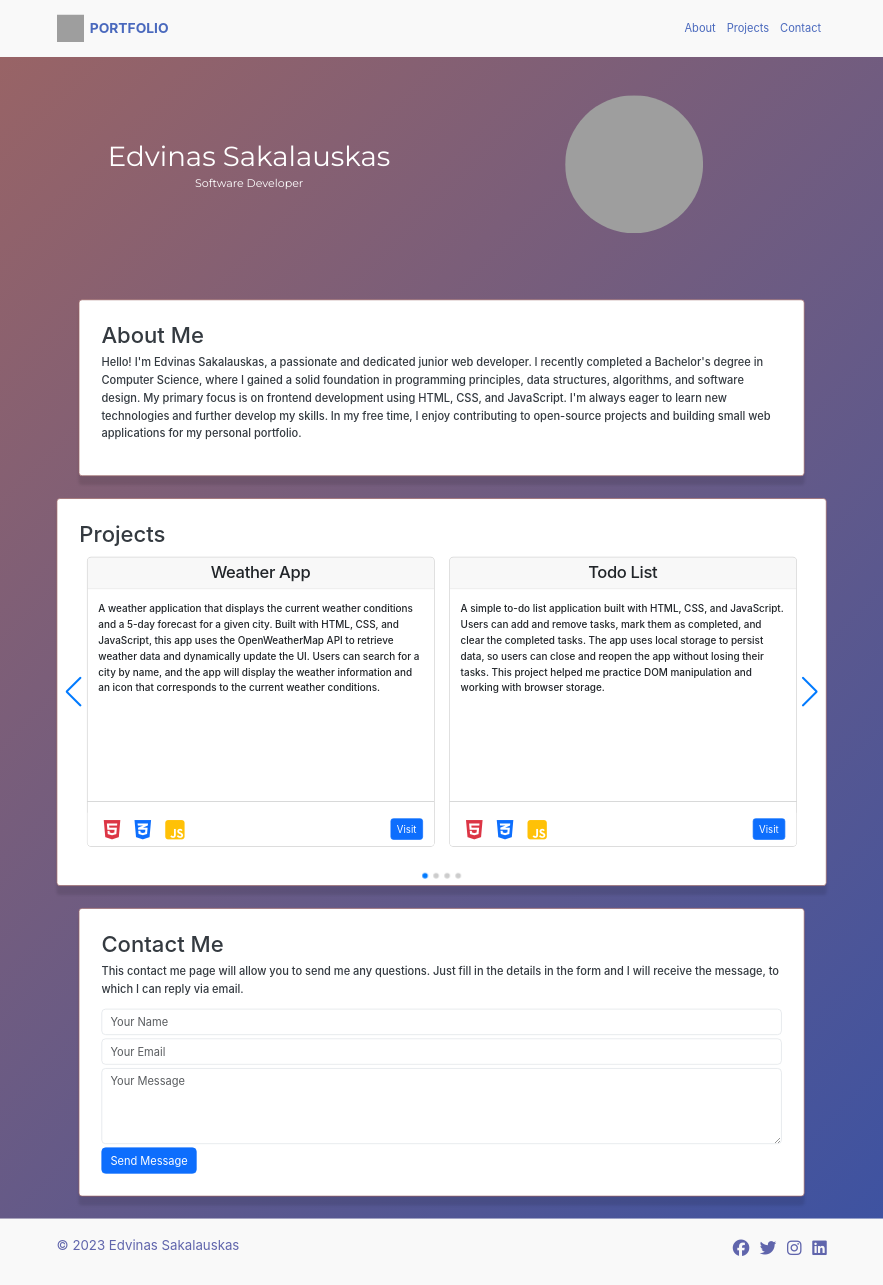
Repository: SakalauskasEdvinas/MyPorfolioWebsite
Page: index.html
These files come from the project's save history. The page is drawn as it stood at one moment and after the next save; the edit follows.
The browser window is 1280 px wide. The pictures show the whole page, at 69% of full size.
Pictures or frames that could not be fetched are drawn as grey boxes. Some web libraries are served in a nearby version.

Above is the page before, as saved 2023-04-17 10:55:17.

### index.html
<!-- Live at  - https://sakalauskasedvinas.github.io/MyPorfolioWebsite/ - work in progress, so something might be not up to date depending on time of visit -->

<!DOCTYPE html>
<html lang="en">
<head>
    <meta charset="UTF-8">
    <meta name="viewport" content="width=device-width, initial-scale=1.0">
    <title>Portfolio Website</title>
    <link href="https://cdn.jsdelivr.net/npm/bootstrap@5.3.0-alpha1/dist/css/bootstrap.min.css" rel="stylesheet">
    <link href="https://fonts.googleapis.com/css2?family=Montserrat:wght@400;700&display=swap" rel="stylesheet">
    <script src="https://cdn.jsdelivr.net/npm/typed.js@2.0.9"></script>
    <script src="https://kit.fontawesome.com/80b08c0510.js" crossorigin="anonymous"></script>
    <link rel="stylesheet" href="https://cdn.jsdelivr.net/npm/swiper@9/swiper-bundle.min.css"/>
    <link rel="stylesheet" href="css/style.css"/>

</head>

<body>
    <nav class="navbar navbar-expand-lg fixed-top py-3" style="background-color: rgba(249, 249, 249);">
        <div class="container">
            <a class="navbar-brand d-flex align-items-center" href="#">
                <img src="https://www.picsum.photos/40/40.jpg" alt="Logo" style="width: 40px; height: 40px; margin-right: 0.5rem;">
                <span style="color: #4a69bd; font-weight: bold;" id="text"></span>
            </a>

            <button class="navbar-toggler" type="button" data-bs-toggle="collapse" data-bs-target="#navbarNav" aria-controls="navbarNav" aria-expanded="false" aria-label="Toggle navigation">
                <span class="navbar-toggler-icon"></span>
            </button>
            <div class="collapse navbar-collapse" id="navbarNav">
                <ul class="navbar-nav ms-auto">
                    <li class="nav-item">
                        <a class="nav-link" href="#about" style="color: #4a69bd;">About</a>
                    </li>
                    <li class="nav-item">
                        <a class="nav-link" href="#projects" style="color: #4a69bd;">Projects</a>
                    </li>
                    <li class="nav-item">
                        <a class="nav-link" href="#contact" style="color: #4a69bd;">Contact</a>
                    </li>
                </ul>
            </div>
        </div>
    </nav>

    <div class="container ">

        <header>
            <div class="container" >
                <div class="row align-items-center">
                    <div class="col-md-6">
                        <h1>Edvinas Sakalauskas</h1>
                        <p>Software Developer</p>
                    </div>
                    <div class="col-md-6">
                        <img src="https://www.picsum.photos/id/1012/200/200.jpg" alt="Your Photo" style="width: 200px; height: 200px; border-radius: 50%; margin-bottom: 1rem;">
                    </div>

                </div>
            </div>
        </header>

        <section id="about" class="fade-in " >
            <h2>About Me</h2>
            <p>Hello! I'm Edvinas Sakalauskas, a passionate and dedicated junior web developer. I recently completed a Bachelor's degree in Computer Science, where I gained a solid foundation in programming principles, data structures, algorithms, and software design. My primary focus is on frontend development using HTML, CSS, and JavaScript. I'm always eager to learn new technologies and further develop my skills. In my free time, I enjoy contributing to open-source projects and building small web applications for my personal portfolio.</p>
        </section>


       <section class="fade-in ">
        <h2>Projects</h2>
        <div class="swiper">


          <div class="swiper-container">
            <div class="swiper-wrapper">
              <div class="swiper-slide">
                <div class="card mb-4">
                    <div class="card-header">
                        <h3 class="card-title mb-0 text-center">Weather App</h3>
                    </div>
                    <div class="card-body">
                        <p class="card-text">A weather application that displays the current weather conditions and a 5-day forecast for a given city. Built with HTML, CSS, and JavaScript, this app uses the OpenWeatherMap API to retrieve weather data and dynamically update the UI. Users can search for a city by name, and the app will display the weather information and an icon that corresponds to the current weather conditions.</p>
                    </div>
                    <hr>
                    <div class="card-footer bg-white border-top-0 d-flex justify-content-between">
                        <div>
                            <i class="fab fa-html5 fa-2x text-danger mx-2"></i>
                            <i class="fab fa-css3-alt fa-2x text-primary mx-2"></i>
                            <i class="fab fa-js-square fa-2x text-warning mx-2"></i>
                        </div>
                        <div>
                            <a href="#" class="btn btn-primary btn-sm">Visit</a>
                        </div>
                    </div>
                </div>
            </div>
                  <div class="swiper-slide">
                    <div class="card mb-4">
                        <div class="card-header">
                            <h3 class="card-title mb-0 text-center">Todo List</h3>
                        </div>
                        <div class="card-body">
                            <p class="card-text">A simple to-do list application built with HTML, CSS, and JavaScript. Users can add and remove tasks, mark them as completed, and clear the completed tasks. The app uses local storage to persist data, so users can close and reopen the app without losing their tasks. This project helped me practice DOM manipulation and working with browser storage.</p>
                        </div>
                        <hr>
                        <div class="card-footer bg-white border-top-0 d-flex justify-content-between">
                            <div>
                                <i class="fab fa-html5 fa-2x text-danger mx-2"></i>
                                <i class="fab fa-css3-alt fa-2x text-primary mx-2"></i>
                                <i class="fab fa-js-square fa-2x text-warning mx-2"></i>
                            </div>
                            <div>
                                <a href="#" class="btn btn-primary btn-sm">Visit</a>
                            </div>
                        </div>
                    </div>
                </div>
                  <div class="swiper-slide">
                    <div class="card mb-4 ">
                      <div class="card-header">
                        <h3 class="card-title mb-0 text-center">Weather App</h3>
                      </div>
                      <div class="card-body">
                        <p class="card-text">A simple weather app built with HTML, CSS, and JavaScript that displays the current weather in a user's location or a location of their choosing. The app uses an API to fetch weather data and displays it with temperature, weather conditions, and a relevant icon. Users can also toggle between Celsius and Fahrenheit temperature units.</p>
                      </div>
                      <hr>
                      <div class="card-footer bg-white border-top-0 d-flex justify-content-between">
                        <div>
                          <i class="fab fa-html5 fa-2x text-danger mx-2"></i>
                          <i class="fab fa-css3-alt fa-2x text-primary mx-2"></i>
                          <i class="fab fa-js-square fa-2x text-warning mx-2"></i>
                        </div>
                        <div>
                          <a href="#" class="btn btn-primary btn-sm">Visit</a>
                        </div>
                      </div>
                    </div>
                  </div>


                <div class="swiper-slide">
                  <div class="card mb-4 ">
                    <div class="card-header">
                      <h3 class="card-title mb-0 text-center">Movie Database</h3>
                    </div>
                    <div class="card-body">
                      <p class="card-text">A web application developed using HTML, CSS, and JavaScript that allows users to search and filter movie data. The app uses an API to fetch movie data and displays it in a user-friendly way with images, ratings, and descriptions. The application is fully responsive and accessible, making it easy for users to find the movie they want on any device.</p>
                    </div>
                    <hr>
                    <div class="card-footer bg-white border-top-0 d-flex justify-content-between">
                      <div>
                        <i class="fab fa-html5 fa-2x text-danger mx-2"></i>
                        <i class="fab fa-css3-alt fa-2x text-primary mx-2"></i>
                        <i class="fab fa-js-square fa-2x text-warning mx-2"></i>
                      </div>
                      <div>
                        <a href="#" class="btn btn-primary btn-sm">Visit</a>
                      </div>
                    </div>
                  </div>
                </div>

            </div>

        </div>

        </div>
                    <div class="swiper-pagination"></div>
                <div class="swiper-button-next"></div>
        <div class="swiper-button-prev"></div>

      </section>






        <section id="contact" class="fade-in" >
            <h2>Contact Me</h2>
            <p>This contact me page will allow you to send me any questions.
               Just fill in the details in the form and I will receive the message, to which I can reply via email.</p>
            <form>
                <input type="text" name="name" class="form-control" placeholder="Your Name" required>
                <input type="email" name="email" class="form-control" placeholder="Your Email" required>
                <textarea name="message" class="form-control" rows="4" placeholder="Your Message" required></textarea>
                <button type="submit" class="btn btn-primary">Send Message</button>
            </form>
        </section>


      </div>
      <footer>
        <div class="container">
          <div class="row">
            <div class="col-md-6">
              <p>&copy; 2023 Edvinas Sakalauskas</p>
            </div>
            <div class="col-md-6">
              <ul class="social-media">
                <li><a href="#"><i class="fab fa-facebook"></i></a></li>
                <li><a href="#"><i class="fab fa-twitter"></i></a></li>
                <li><a href="#"><i class="fab fa-instagram"></i></a></li>
                <li><a href="#"><i class="fab fa-linkedin"></i></a></li>
              </ul>
            </div>
          </div>
        </div>
      </footer>



        <script src="https://code.jquery.com/jquery-3.6.0.min.js"></script>
        <script src="https://cdn.jsdelivr.net/npm/@popperjs/core@2.11.6/dist/umd/popper.min.js"></script>
        <script src="https://cdn.jsdelivr.net/npm/bootstrap@5.3.0-alpha1/dist/js/bootstrap.min.js"></script>
        <script src="https://cdn.jsdelivr.net/npm/swiper@9/swiper-bundle.min.js"></script>
        <script src="js/script.js"></script>


    </body>
    </html>

### css/style.css
*, *::before, *::after {
  box-sizing: border-box;
  margin: 0;
  padding: 0;
}

html {
  scroll-behavior: smooth;
}

body {
  background-image: linear-gradient(135deg, #9b6464 0%, #3b52a3 100%);
  font-family: "Inter",sans-serif;
  color: #343a40;
  line-height: 1;
}

h3 {
  font-size: 24px;
  letter-spacing: -0.5px;
  margin: 0;
}
header {
  font-family: 'Montserrat', sans-serif;
  color: white;
  padding: 3rem 0;
  text-align: center;
  margin-top: 90px;
  /* background-image: linear-gradient(135deg, #9b6464 0%, #3b52a3 100%); */
}

section {
  background-color: white;
  margin: 2rem 2rem;
  padding: 2rem;
  box-shadow: 0 13px 4px rgba(0, 0, 0, 0.1);
  border-radius: 5px;
  position: relative;
  border: 1px solid #9b6464;
}

section:nth-child(3) {
  width: 100%;
  margin: 0;
}

form input {
  margin-bottom: 5px;
}

form button {
  margin-top:5px;
}




section p {
  font-size: 1rem;
  font-weight: 500;

  line-height: 1.6;

}

.card-text {
  font-size: 0.9rem;
}





.card {
  width: 96%;
  height: 420px;
  margin: 5px auto;
}

.left {
  position: absolute;
  top: 50%;
  right: 95.5%;
  font-size: 30px;
}

.right {
  position: absolute;
  top: 50%;
  left: 95.5%;
  font-size: 30px;
}

.fade-in {
  opacity: 0;
  transform: translateX(-20px);
  transition: opacity 1.5s, transform 0.5s;
}

.fade-in.active {
  opacity: 1;
  transform: translateX(0);
}




footer {
   background-color: rgba(249, 249, 249);
  color: #6065ac;
  padding: 30px 0;
  font-size: 1.2rem;
}

.social-media {
  list-style: none;
  padding: 0;
  margin: 0;
  text-align: right;
}

.social-media li {
  display: inline-block;
  margin-left: 10px;
}

.social-media li:first-child {
  margin-left: 0;
}

.social-media a {
  color: #6065ac;
}

.social-media a:hover {
  color: #d3d3d3;
}

.social-media i {
  font-size: 24px;
}

### js/script.js

window.addEventListener("scroll",fade );
window.addEventListener("load",fade );


function fade() {
  const fadeIns = document.querySelectorAll('.fade-in');

  const options = {
    rootMargin: '0px',
    threshold: 0.5
  };

  const observer = new IntersectionObserver(entries => {
    entries.forEach(entry => {
      if (entry.isIntersecting) {
        entry.target.classList.add('active');
      } else {
        entry.target.classList.remove('active');
      }
    });
  }, options);

  fadeIns.forEach(fadeIn => {
    observer.observe(fadeIn);
  });
}


let typed = new Typed('#text', {
strings: ['PORTFOLIO'],
typeSpeed: 20,
showCursor:false
});



const swiper = new Swiper(".swiper-container", {
  // Optional parameters
  slidesPerView: 2,
  spaceBetween: 0,
  direction: "horizontal",
  loop: true,
  speed:600,
  breakpoints: {
    // when window width is >= 320px
    320: {
     slidesPerView: 1,
     spaceBetween: 0
    },
    480: {
      slidesPerView: 1,
      spaceBetween: 0
     },
    900: {
      slidesPerView: 2,
      spaceBetween: 0
     }

  },
  // If you need pagination
  pagination: {
      el: ".swiper-pagination",
      clickable: true
  },

  // Navigation arrows
  navigation: {
      nextEl: ".swiper-button-next",
      prevEl: ".swiper-button-prev",
  },
});

After the next save:
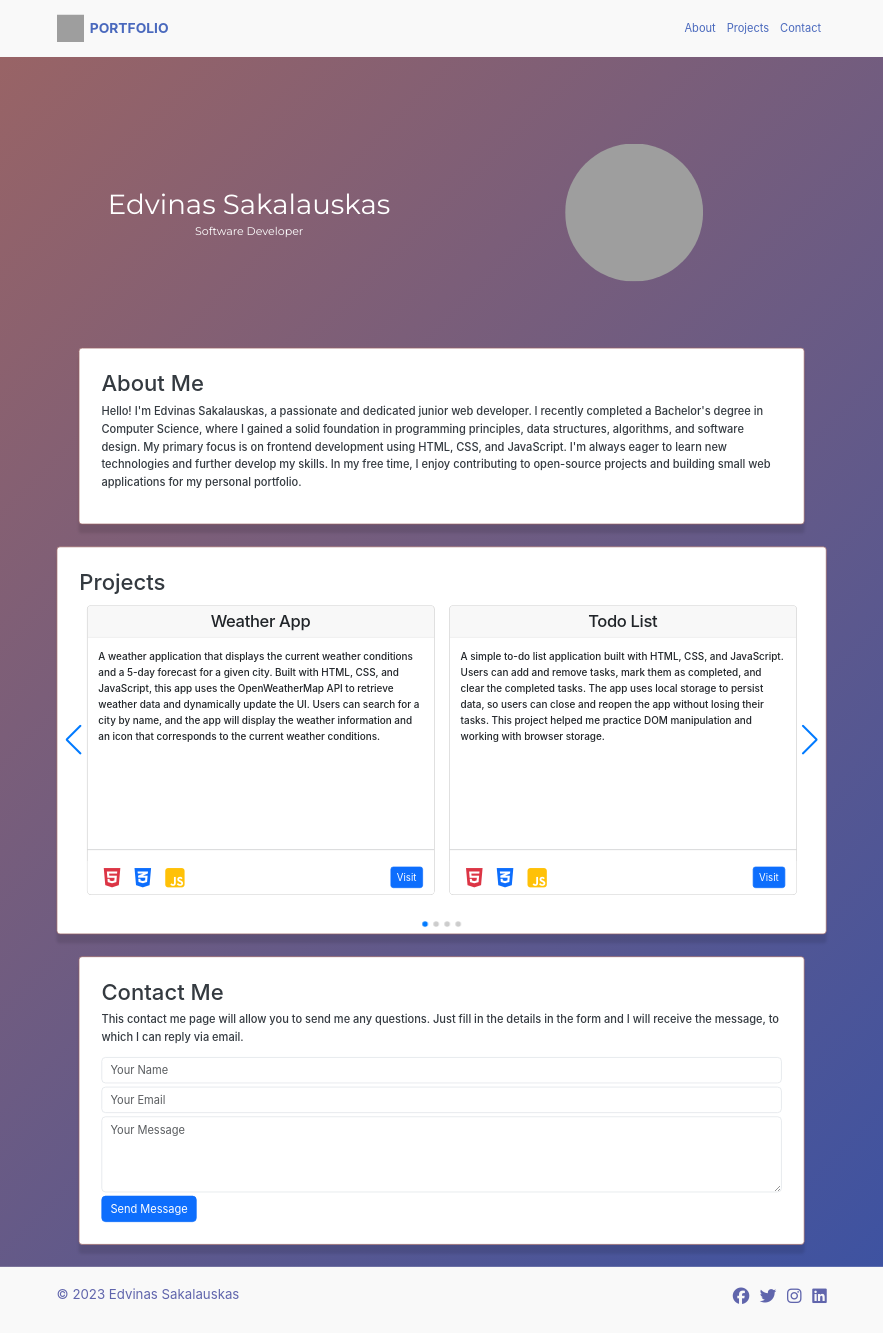
Saved 88 s later.
--- a/css/style.css
+++ b/css/style.css
@@ -13,6 +13,7 @@
   font-family: "Inter",sans-serif;
   color: #343a40;
   line-height: 1;
+  padding-top: 70px;
 }
 
 h3 {
